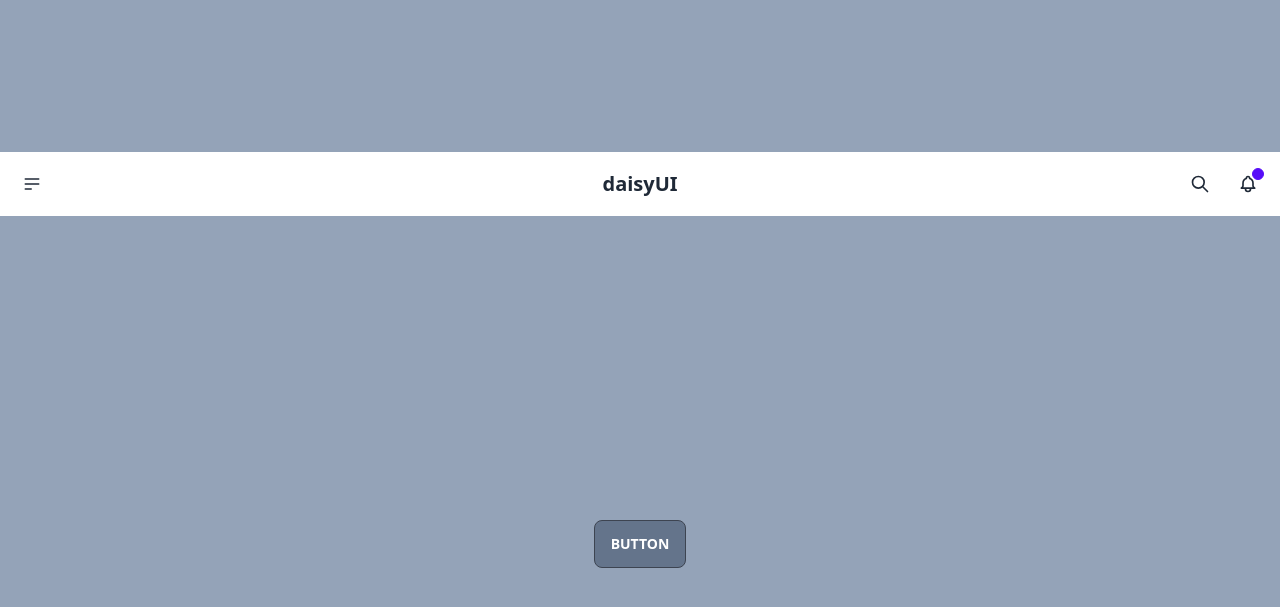
Repository: redlonely/Vue3_Playground
Page: /
These files come from the project's save history. The page is drawn as it stood at one moment and after the next save; the edit follows.
The browser window is 1280 px wide. The pictures show the whole page.
The project was rebuilt for these pictures with package versions that can differ from the ones it lists, and the page was loaded fresh each time. Also part of the build but not shown: vite.config.ts, src/components/HelloWorld.vue, src/components/WelcomeItem.vue, src/components/icons/IconDocumentation.vue, src/components/icons/IconTooling.vue, src/components/icons/IconEcosystem.vue, src/components/icons/IconCommunity.vue, src/components/icons/IconSupport.vue and 1 more.

Above is the page before, as saved 2022-07-08 21:07:57.

After the next save:
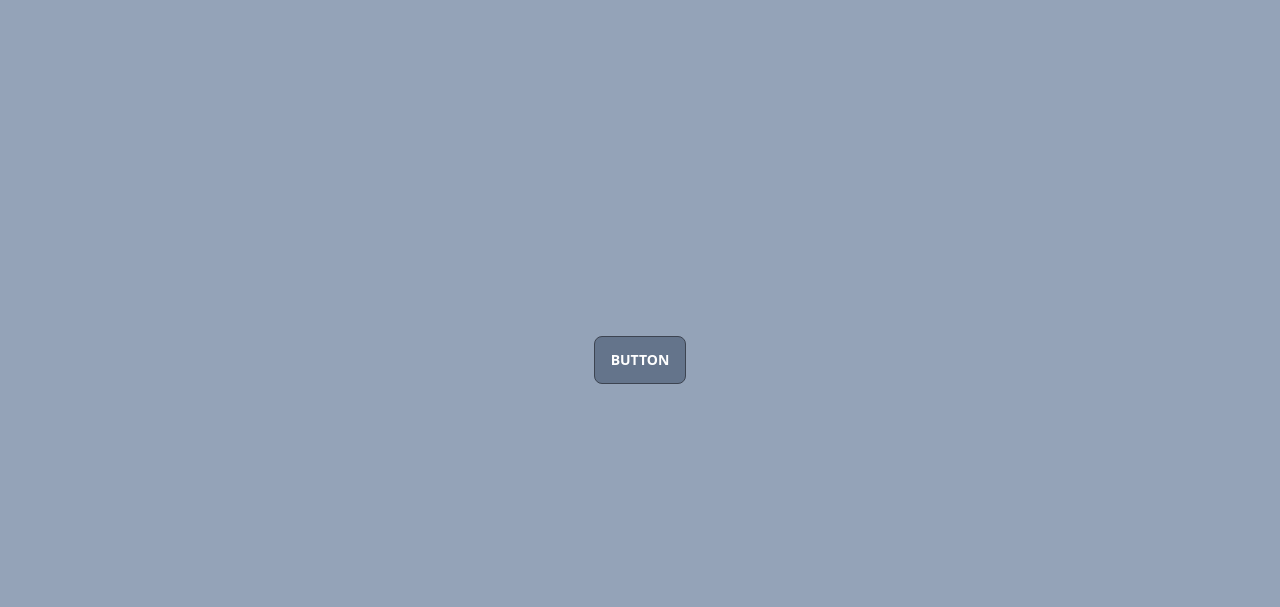
Saved 20 s later.
--- a/src/views/HomeView.vue
+++ b/src/views/HomeView.vue
@@ -24,46 +24,6 @@ const handelClick = () => {
 
 <template>
   <div id="home" class="h-screen bg-slate-400 grid place-items-center">
-
-    <div class="navbar bg-base-100">
-      <div class="navbar-start">
-        <div class="dropdown">
-          <label tabindex="0" class="btn btn-ghost btn-circle">
-            <svg xmlns="http://www.w3.org/2000/svg" class="h-5 w-5" fill="none" viewBox="0 0 24 24"
-              stroke="currentColor">
-              <path stroke-linecap="round" stroke-linejoin="round" stroke-width="2" d="M4 6h16M4 12h16M4 18h7" />
-            </svg>
-          </label>
-          <ul tabindex="0" class="menu menu-compact dropdown-content mt-3 p-2 shadow bg-base-100 rounded-box w-52">
-            <li><a>Homepage</a></li>
-            <li><a>Portfolio</a></li>
-            <li><a>About</a></li>
-          </ul>
-        </div>
-      </div>
-      <div class="navbar-center">
-        <a class="btn btn-ghost normal-case text-xl">daisyUI</a>
-      </div>
-      <div class="navbar-end">
-        <button class="btn btn-ghost btn-circle">
-          <svg xmlns="http://www.w3.org/2000/svg" class="h-5 w-5" fill="none" viewBox="0 0 24 24" stroke="currentColor">
-            <path stroke-linecap="round" stroke-linejoin="round" stroke-width="2"
-              d="M21 21l-6-6m2-5a7 7 0 11-14 0 7 7 0 0114 0z" />
-          </svg>
-        </button>
-        <button class="btn btn-ghost btn-circle">
-          <div class="indicator">
-            <svg xmlns="http://www.w3.org/2000/svg" class="h-5 w-5" fill="none" viewBox="0 0 24 24"
-              stroke="currentColor">
-              <path stroke-linecap="round" stroke-linejoin="round" stroke-width="2"
-                d="M15 17h5l-1.405-1.405A2.032 2.032 0 0118 14.158V11a6.002 6.002 0 00-4-5.659V5a2 2 0 10-4 0v.341C7.67 6.165 6 8.388 6 11v3.159c0 .538-.214 1.055-.595 1.436L4 17h5m6 0v1a3 3 0 11-6 0v-1m6 0H9" />
-            </svg>
-            <span class="badge badge-xs badge-primary indicator-item"></span>
-          </div>
-        </button>
-      </div>
-    </div>
-
     <button @click="handelClick" class="btn bg-slate-500">Button</button>
   </div>
 </template>
